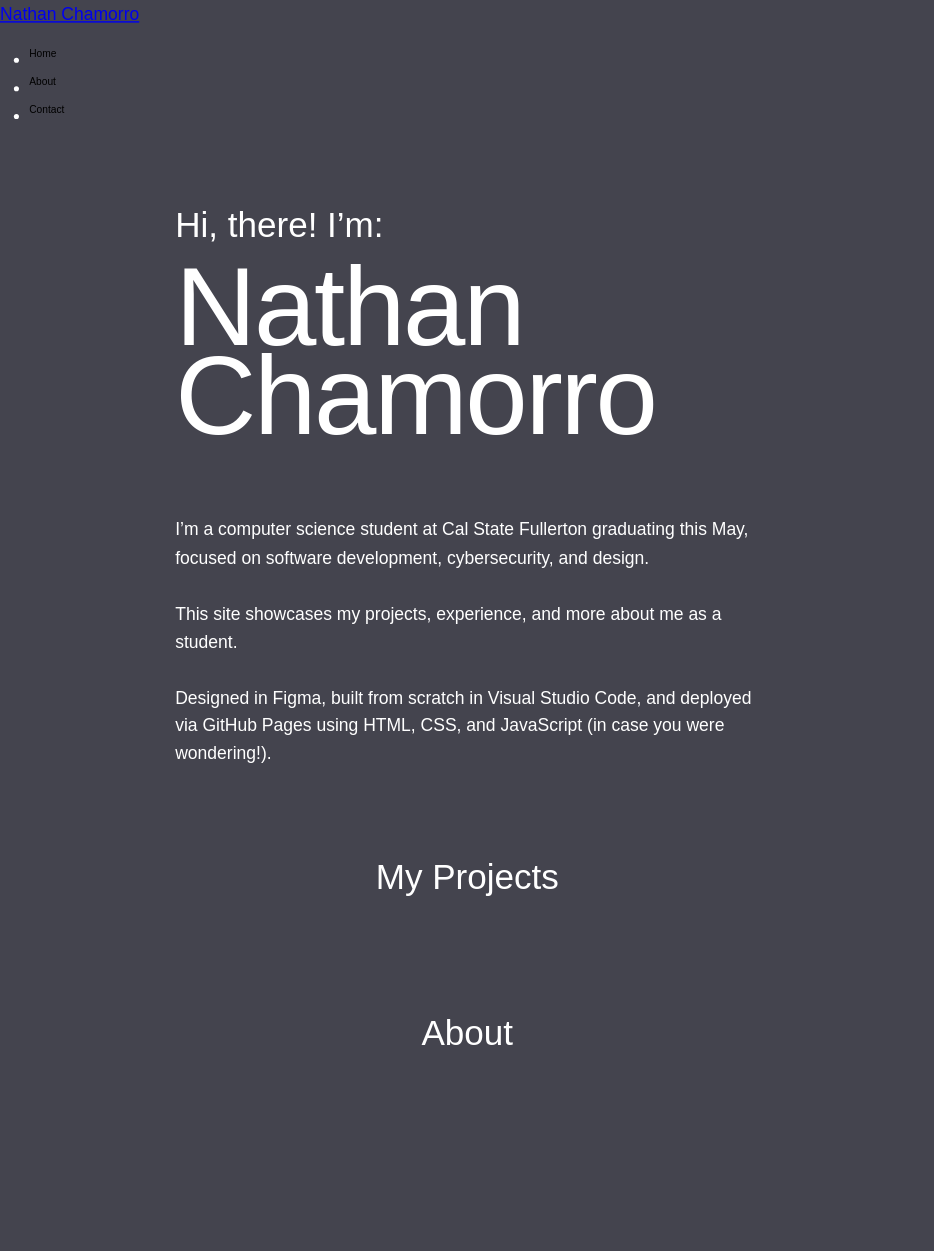
Repository: nathanchamorro1/nathanchamorro1.github.io
Page: index.html
These files come from the project's save history. The page is drawn as it stood at one moment and after the next save; the edit follows.
The browser window is 1280 px wide. The pictures show the whole page, at 73% of full size.
Some web fonts or font styles are not loaded; a fallback is used.

Above is the page before, as saved 2026-02-17 19:29:41.

After the next save:
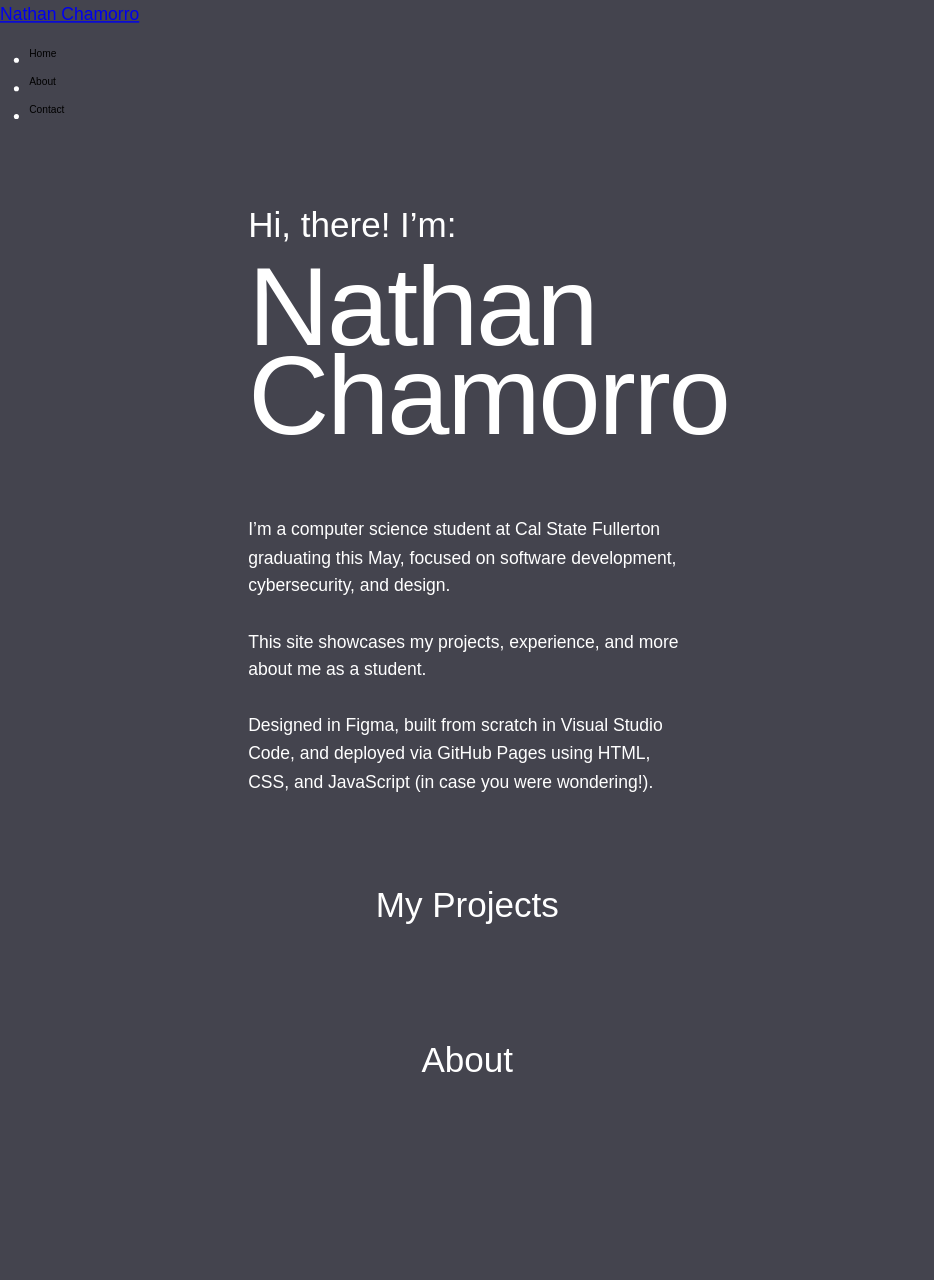
Saved 113 s later.
--- a/css/style.css
+++ b/css/style.css
@@ -11,7 +11,7 @@ body {
 }
 
 .content-wrapper {
-  max-width: 800px;
+  max-width: 600px;
   margin: 0 auto;
   padding: 0 40px;
   display: flex;
